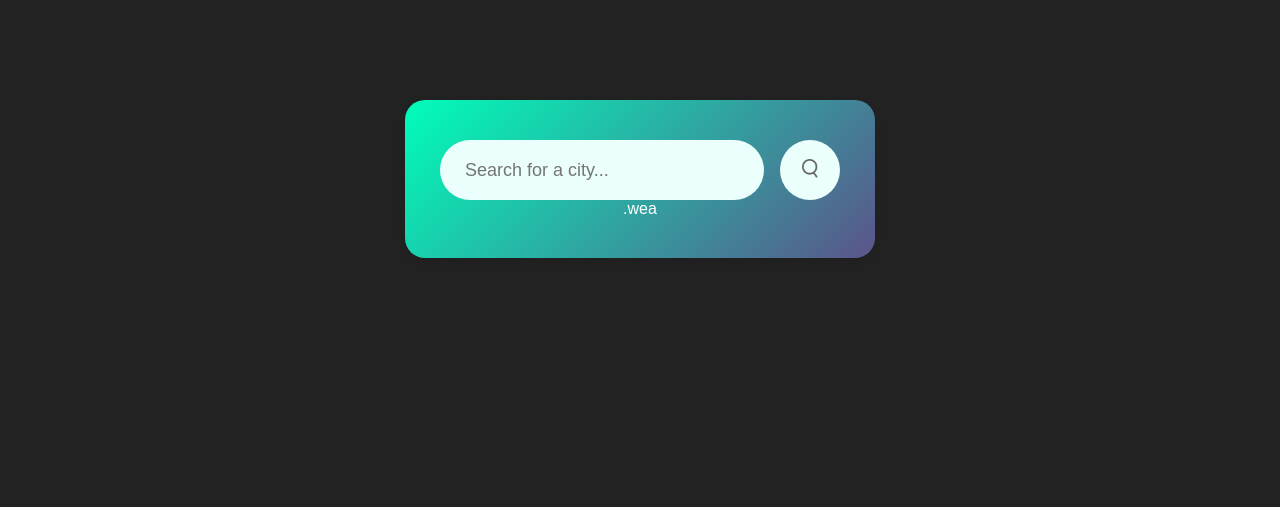
Repository: Abdelilah-Lakrim/Weather-App
Page: index.html
These files come from the project's save history. The page is drawn as it stood at one moment and after a run of saves; the edit follows.
The browser window is 1280 px wide. The pictures show the whole page.

Above is the page before, as saved 2025-06-17 11:10:25.

### index.html
<!DOCTYPE html>
<html>
<head>
    <meta charset="UTF-8" />
    <title>Weather App</title>
    <link rel="stylesheet" href="style.css" >
</head>
<body>

    <div class="card">
        <div class="search">
            <input type="text" placeholder="Search for a city..." spellcheck="false" />
            <button><img src="images/search.png"></button>
        </div>
        .wea
    </div>

</body>
</html>

### style.css
*{
    margin: 0;
    padding: 0;
    font-family: 'Poppins', sans-serif;
    box-sizing: border-box;
}
body{
    background-color: #222;
    color: #333;
}
.card{
    width: 90%;
    max-width: 470px;
    background: linear-gradient(135deg, #00feba, #5b548a);
    color: #fff;
    margin: 100px auto  0;
    padding: 40px 35px;
    border-radius: 20px;
    box-shadow: 0 4px 8px rgba(0, 0, 0, 0.1);
    overflow: hidden;
    position: relative;
    text-align: center;
}
.search{
    width: 100%;
    display: flex;
    align-items: center;
    justify-content: space-between;
}

.search input{
    border: 0;
    outline: 0;
    background: #ebfffc;
    color: #333;
    padding: 10px 25px;
    height: 60px;
    border-radius: 30px;
    flex: 1;
    margin-right: 16px;
    font-size: 18px;
}

.search button{
    border: 0;
    outline: 0;
    background: #ebfffc;
    height: 60px;
    width: 60px;
    border-radius: 50px;
    cursor: pointer;
}
.search button img{
    width: 16px;
}

After the next 5 saves:
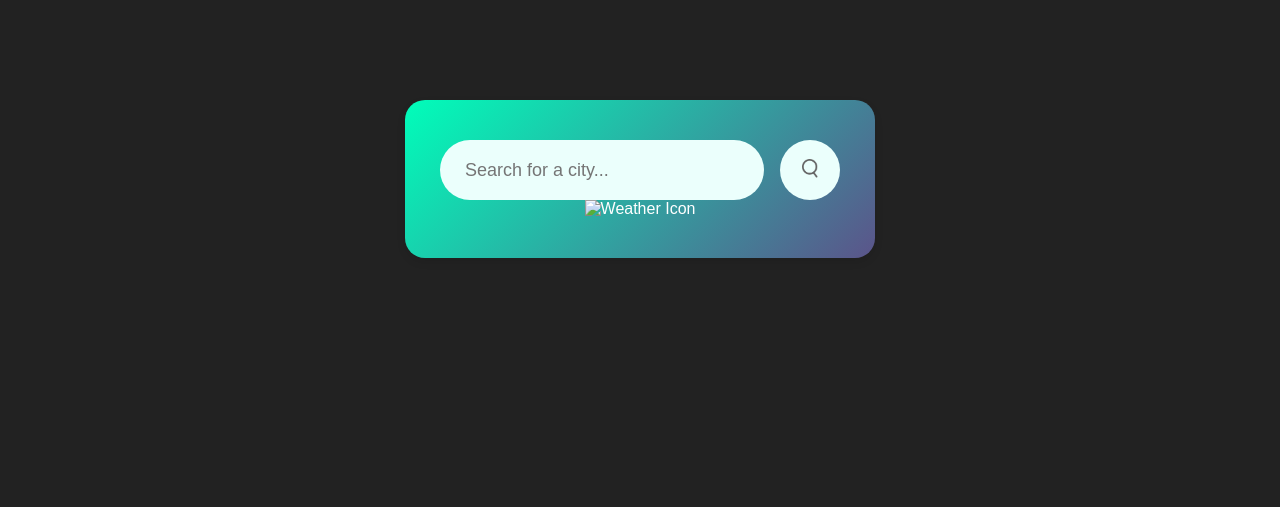
Not found: images/sun.png
The 5 saves are shown as one change because they came seconds apart.
The last was saved 17 s later.
--- a/index.html
+++ b/index.html
@@ -12,7 +12,9 @@
             <input type="text" placeholder="Search for a city..." spellcheck="false" />
             <button><img src="images/search.png"></button>
         </div>
-        .wea
+        <div class="weather">
+            <img src="images/sun.png" alt="Weather Icon">
+        </div>
     </div>
 
 </body>

After the 5 saves that followed:
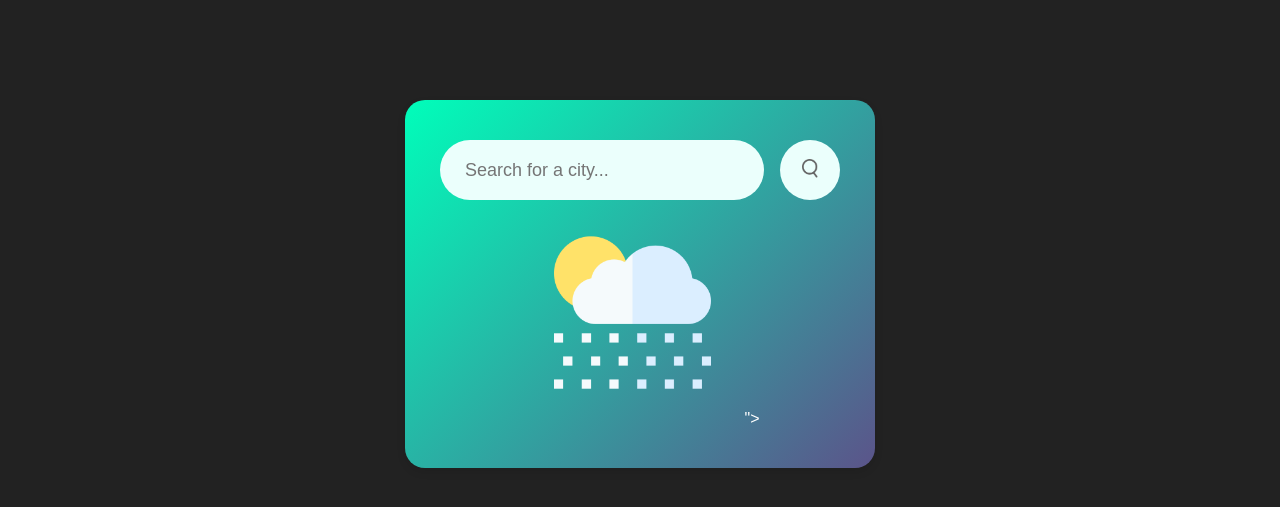
The 5 saves are shown as one change because they came seconds apart.
The last was saved 15 s later.
--- a/index.html
+++ b/index.html
@@ -13,7 +13,7 @@
             <button><img src="images/search.png"></button>
         </div>
         <div class="weather">
-            <img src="images/sun.png" alt="Weather Icon">
+            <img src="images/rain.png" class="weather-icon">">
         </div>
     </div>
 
